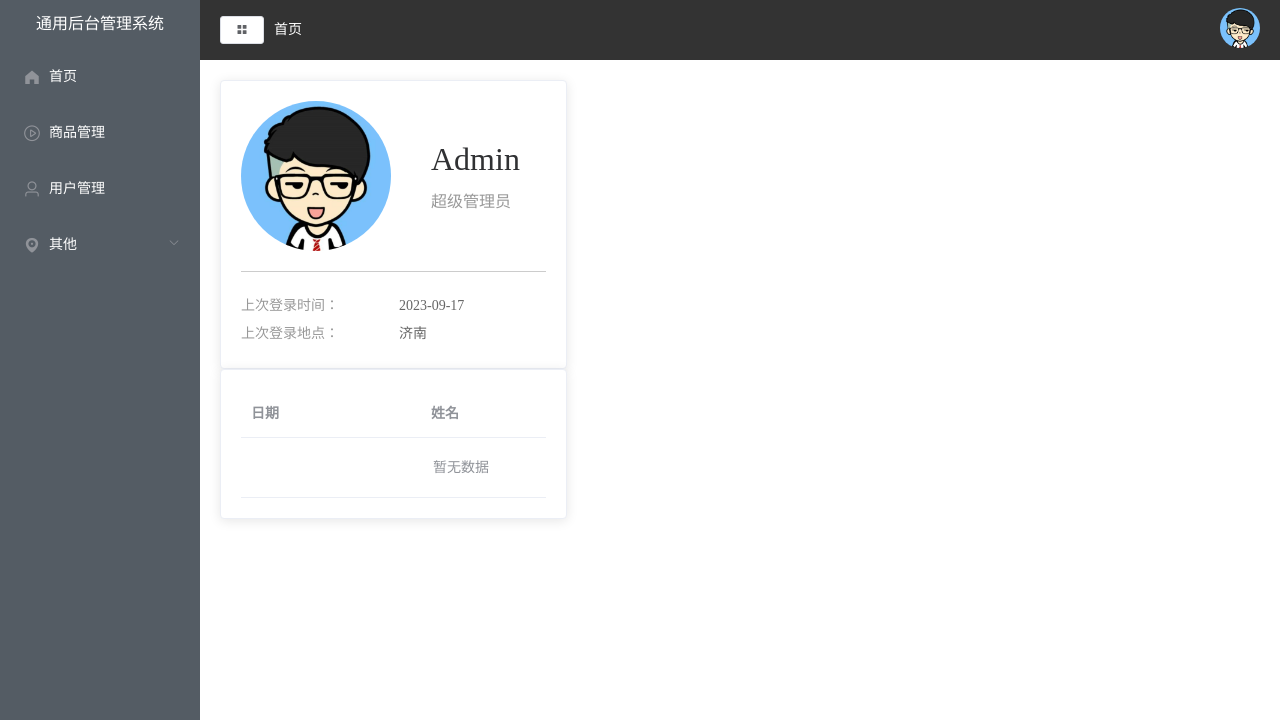
Repository: Francis200214/my-app
Page: /
The author's editor kept a copy of each file at every save. The page is drawn from the files as they stood at one save, then again after a run of saves.
The browser window is 1280 px wide. The pictures show the whole page.
The project was rebuilt for these pictures with package versions that can differ from the ones it lists, and the page was loaded fresh each time. Also part of the build but not shown: vue.config.js, src/views/User.vue, src/views/Mall.vue, src/views/other/PageOne.vue, src/views/other/PageTwo.vue.

Above is the page before, as saved 2023-05-22 21:55:49.

### src/main.js
import Vue from 'vue'
import App from './App.vue'
import ElementUI from 'element-ui'

// ElementUI 按需引入
// import { Button,Row } from 'element-ui'


import 'element-ui/lib/theme-chalk/index.css'
// Vue-Router
import router from './router'
// Vuex
import store from './store'


Vue.config.productionTip = false

// 全局引入Element UI
Vue.use(ElementUI);


// 按需引入Element UI
// Vue.use(Row);
// Vue.use(Button);


new Vue({
  router,
  store,
  render: h => h(App),
}).$mount('#app')

### src/App.vue
<template>
  <div id="app">
    <router-view></router-view>
  </div>
</template>

<style lang="less">
  html,body,h3,p {
    margin: 0;
    padding: 0;
  }
</style>

<script>

export default {
  name: 'App'
}
</script>

### src/router/index.js
import Vue from 'vue'
import VueRouter from 'vue-router'

// 1、引入组件
import Main from '../views/Main.vue'
import Home from '../views/Home.vue'
import User from '../views/User.vue'
import Mall from '../views/Mall.vue'
import PageOne from '../views/other/PageOne.vue'
import PageTwo from '../views/other/PageTwo.vue'

// 引入Vue-Router
Vue.use(VueRouter);

// 2、路由与组件映射
const routes = [
    {
        path: '/',
        component: Main,
        // redirect 表示重定向，当路径是 / 的时候就重定向某个路由
        redirect: '/home',
        children: [
            { path: 'home', component: Home }, // 首页
            { path: 'user', component: User }, // 用户管理
            { path: 'mall', component: Mall }, // 商品管理
            { path: 'page1', component: PageOne }, // 页面一
            { path: 'page2', component: PageTwo }, // 页面二
        ]
    }

]

// 3、创建Router实例
const router = new VueRouter({
    routes // (缩写) 相当于 routes: routes
})

// 4、将 router 暴露
export default router

### src/store/index.js
import Vue from 'vue'
import Vuex from 'vuex'
import tab from './tab'

Vue.use(Vuex)


// 创建 Vuex 的实例
// 对外暴露
export default new Vuex.Store({
    modules: {
        tab
    }
})

### src/views/Main.vue
<template>
    <div>
        <el-container>
            <el-aside width="auto">
                <common-aside />
            </el-aside>
            <el-container>
                <el-header>
                    <common-header />
                </el-header>
                <el-main>
                    <router-view></router-view>
                </el-main>
            </el-container>
        </el-container>
    </div>
</template>
<style lang="less" scoped>
.el-header {
    padding: 0;
}
</style>
<script>
import CommonAside from '../components/CommonAside.vue'
import CommonHeader from '../components/CommonHeader.vue'


export default {
    data() {
        return {}
    },
    components: {
        CommonAside,
        CommonHeader
    }
}
</script>

### src/views/Home.vue
<template>
    <el-row>
        <el-col :span="8">
            <el-card class="box-card">
                <div class="user">
                    <img src="../assets/images/user.png" alt="">
                    <div class="userinfo">
                        <p class="name">Admin</p>
                        <p class="access">超级管理员</p>
                    </div>
                </div>

                <div class="login-info">
                    <p>上次登录时间：<span>2023-09-17</span></p>
                    <p>上次登录地点：<span>济南</span></p>
                </div>
            </el-card>

            <el-card class="box-card">
                <el-table :data="tableData" style="width: 100%">
                    <el-table-column prop="date" label="日期" width="180">
                    </el-table-column>
                    <el-table-column prop="name" label="姓名" width="180">
                    </el-table-column>
                    <el-table-column prop="address" label="地址">
                    </el-table-column>
                </el-table>
            </el-card>
        </el-col>

        <el-col :span="16">
            <div class="grid-content bg-purple-light"></div>
        </el-col>
    </el-row>
</template>

<style lang="less" scoped>
.user {
    display: flex;
    // flex 布局中 主轴垂直居中
    align-items: center;
    padding-bottom: 20px;
    margin-bottom: 20px;
    border-bottom: 1px solid #ccc;

    img {
        width: 150px;
        height: 150px;
        border-radius: 50%;
        margin-right: 40px;
    }

    .userinfo {
        .name {
            font-size: 32px;
            margin-bottom: 10px;
        }

        .access {
            color: #999999;
        }
    }
}

.login-info {
    line-height: 28px;
    font-size: 14px;
    color: #999999;

    span {
        color: #666666;
        margin-left: 60px;
    }
}
</style>

<script>
export default {
    data() {
        return {

        }
    }
}
</script>

### src/store/tab.js
export default {
    state: {
        isCollapse: false // 用于控制菜单的展开或收起
    },
    mutations: {
        // 修改菜单展开或者收起的方法
        collapseMenu(state) {
            state.isCollapse = !state.isCollapse
        }
    }
}

### src/components/CommonAside.vue
<template>
    <div>
        <el-menu default-active="1-4-1" class="el-menu-vertical-demo" @open="handleOpen" @close="handleClose"
            :collapse="isCollapse" background-color="#545c64" text-color="#fff" active-text-color="#ffd04b">

            <h3>{{ isCollapse ? '后台' : '通用后台管理系统' }}</h3>

            <el-menu-item @click="clickMenu(item)" v-for="item in noChildren" :key="item.name" :index="item.name">
                <i :class="`el-icon-${item.icon}`"></i>
                <span slot="title">{{ item.label }}</span>
            </el-menu-item>

            <el-submenu v-for="item in hasChildren" :key="item.label" :index="item.label">
                <template slot="title">
                    <i :class="`el-icon-${item.icon}`"></i>
                    <span slot="title">{{ item.label }}</span>
                </template>
                <el-menu-item-group v-for="subItem in item.children" :key="subItem.path">
                    <el-menu-item @click="clickMenu(subItem)" :index="subItem.path">{{ subItem.label }}</el-menu-item>
                </el-menu-item-group>
            </el-submenu>
        </el-menu>
    </div>
</template>

<style lang="less" scope>
.el-menu-vertical-demo:not(.el-menu--collapse) {
    width: 200px;
    min-height: 400px;
}

.el-menu {
    height: 100vh;
    border-right: none;

    h3 {
        color: #fff;
        text-align: center;
        line-height: 48px;
        font-size: 16px;
        // 字体粗细
        font-weight: 400;
    }
}
</style>

<script>
export default {
    data() {
        return {
            menuData: [
                {
                    path: '/',
                    name: 'home',
                    label: '首页',
                    icon: 's-home',
                    url: 'Home/Home'
                },
                {
                    path: '/mall',
                    name: 'mall',
                    label: '商品管理',
                    icon: 'video-play',
                    url: 'MallManage/MallManage'
                },
                {
                    path: '/user',
                    name: 'user',
                    label: '用户管理',
                    icon: 'user',
                    url: 'UserManage/UserManage'
                },
                {
                    label: '其他',
                    icon: 'location',
                    children: [
                        {
                            path: '/page1',
                            name: 'page1',
                            label: '页面1',
                            icon: 'setting',
                            url: 'Other/PageOne'
                        },
                        {
                            path: '/page2',
                            name: 'page2',
                            label: '页面2',
                            icon: 'setting',
                            url: 'Other/PageTwo'
                        }
                    ]
                }
            ]
        };
    },
    methods: {
        handleOpen(key, keyPath) {
            console.log(key, keyPath);
        },
        handleClose(key, keyPath) {
            console.log(key, keyPath);
        },
        // 点击菜单
        clickMenu(item) {
            console.log(item)
            // 当页面的路由与我要跳转的路由不一致的时候才允许跳转
            if (this.$route.path !== item.path && !(this.$route.path === '/home' && (item.path === '/'))) {
                // 这里的this代表vue实例
                this.$router.push(item.path)
            }
        }
    },
    computed: {
        // 没有子菜单
        noChildren() {
            return this.menuData.filter(item => !item.children)
        },
        // 有子菜单
        hasChildren() {
            return this.menuData.filter(item => item.children)
        },
        isCollapse() {
            return this.$store.state.tab.isCollapse
        }
    }
}
</script>

### src/components/CommonHeader.vue
<template>
    <div class="header-container">
        <div class="l-content">
            <el-button @click="handleMenu" icon="el-icon-menu" size="mini"></el-button>
            <!-- 面包屑 -->
            <span class="text">首页</span>
        </div>
        <div class="r-content">
            <el-dropdown>
                <span class="el-dropdown-link">
                    <img class="user" src="../assets/images/user.png" alt="">
                </span>
                <el-dropdown-menu slot="dropdown">
                    <el-dropdown-item>个人中心</el-dropdown-item>
                    <el-dropdown-item>退出</el-dropdown-item>
                </el-dropdown-menu>
            </el-dropdown>
        </div>
    </div>
</template>
<style lang="less" scoped>
.header-container {
    padding: 0px 20px;
    background-color: #333;
    height: 60px;
    display: flex;
    // 将元素放到元素主轴的两端
    justify-content: space-between;
    align-items: center;

    .text {
        color: #fff;
        font-size: 14px;
        margin-left: 10px;
    }

    .r-content {
        .user {
            width: 40px;
            height: 40px;
            border-radius: 50%;
        }
    }
}
</style>
<script>
export default {
    data() {
        return {}
    },
    methods: {
        handleMenu() {
            this.$store.commit('collapseMenu')
        }
    }
}
</script>

Loaded but not shown: public/index.html (common file)

After the next 3 saves:
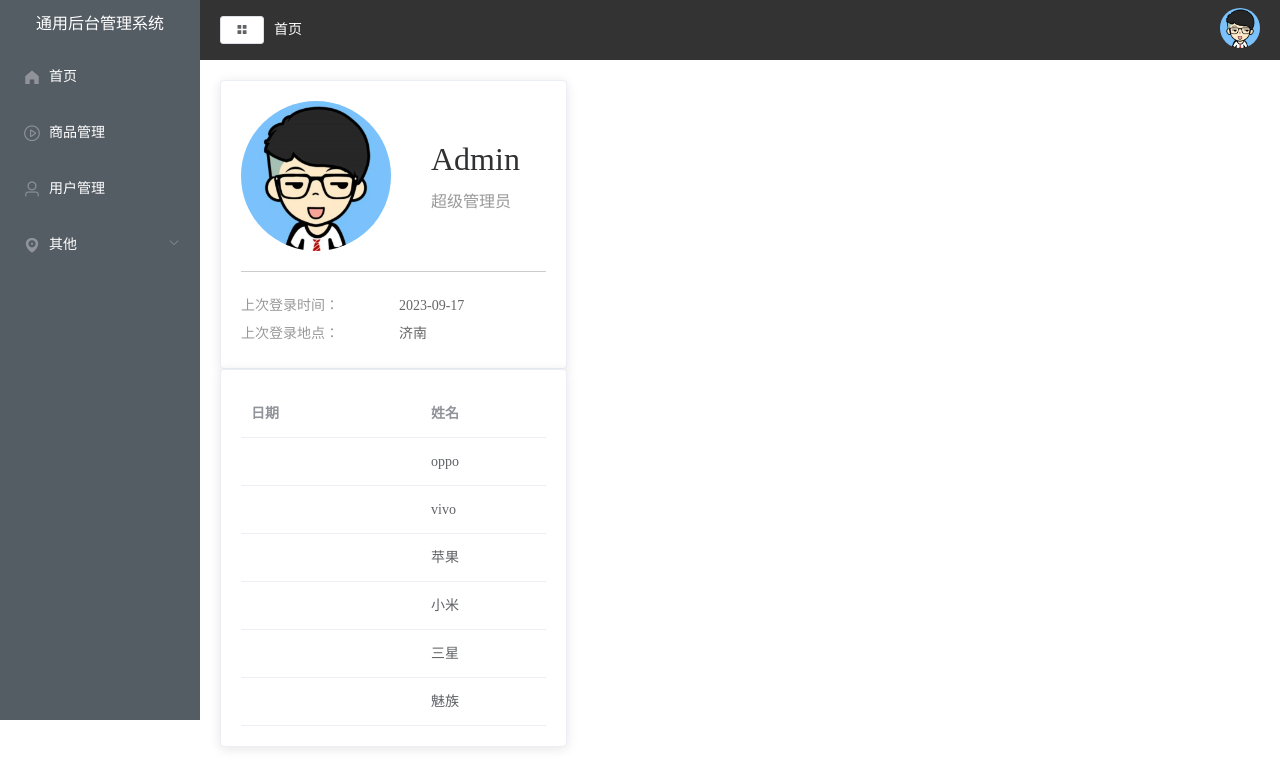
The 3 saves are shown as one change because 1 did not build or start and some came seconds apart.
The last was saved 20 s later.
--- a/src/views/Home.vue
+++ b/src/views/Home.vue
@@ -78,7 +78,44 @@
 export default {
     data() {
         return {
-
+            tableData: [
+                {
+                    name: 'oppo',
+                    todayBuy: 100,
+                    monthBuy: 300,
+                    totalBuy: 800
+                },
+                {
+                    name: 'vivo',
+                    todayBuy: 100,
+                    monthBuy: 300,
+                    totalBuy: 800
+                },
+                {
+                    name: '苹果',
+                    todayBuy: 100,
+                    monthBuy: 300,
+                    totalBuy: 800
+                },
+                {
+                    name: '小米',
+                    todayBuy: 100,
+                    monthBuy: 300,
+                    totalBuy: 800
+                },
+                {
+                    name: '三星',
+                    todayBuy: 100,
+                    monthBuy: 300,
+                    totalBuy: 800
+                },
+                {
+                    name: '魅族',
+                    todayBuy: 100,
+                    monthBuy: 300,
+                    totalBuy: 800
+                }
+            ]
         }
     }
 }
